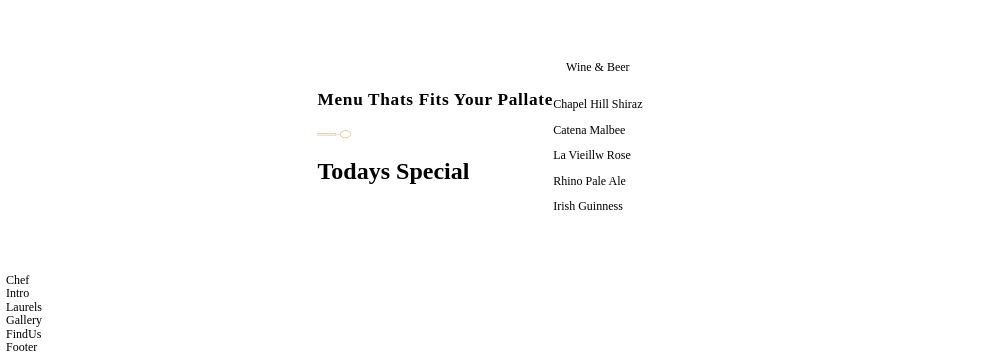
Repository: remydev47/restaurant
Page: /
An editor plug-in stored every save of this project. The page is shown before and after the next save, followed by the edit.
The browser window is 1280 px wide. The page is 1336 px wide, so the pictures cover 1336 px, including what lies to the right of the window. The pictures show the part of the page from y = 2388 to 3956 px (the page is 2868 px tall before and 3956 px after), at 75% of full size.
Backgrounds fixed to the window are drawn as part of the page. The project was rebuilt for these pictures with package versions that can differ from the ones it lists, and the page was loaded fresh each time. Also part of the build but not shown: src/container/Chef/Chef.css, src/components/Footer/Newsletter.jsx, src/components/Footer/FooterOverlay.jsx, src/components/Menuitem/MenuItem.css, src/components/Menuitem/MenuItem.jsx, src/container/Menu/SpecialMenu.css. Imported but missing from the stored project, and not drawn on this page: src/assets/meal.mp4.

Above is the page before, as saved 2022-03-15 15:08:26.

### public/index.html
<!DOCTYPE html>
<html lang="en">
  <head>
    <meta charset="utf-8" />
    <link rel="icon" href="%PUBLIC_URL%/favicon.ico" />
    <meta name="viewport" content="width=device-width, initial-scale=1" />
    <meta name="theme-color" content="#000000" />
    <meta name="description"content="Web site created using create-react-app"/>
    <link rel="apple-touch-icon" href="%PUBLIC_URL%/logo192.png" />
    <link rel="manifest" href="%PUBLIC_URL%/manifest.json" />
    <title>Gerich Resturant</title>
  </head>
  <body>
    <noscript>You need to enable JavaScript to run this app.</noscript>
    <div id="root"></div>
</html>

### src/App.js
import React from 'react';

import { AboutUs, Chef, FindUs, Footer, Gallery, Header, Intro, Laurels, SpecialMenu } from './container';
import { Navbar } from './components';
import './App.css';

const App = () => (
  <div>
    <Navbar />
    <Header />
    <AboutUs />
    <SpecialMenu />
    <Chef />
    <Intro />
    <Laurels />
    <Gallery />
    <FindUs />
    <Footer />
  </div>
);

export default App;

### src/container/AboutUs/AboutUs.jsx
import React from 'react';

import './AboutUs.css';
import { images } from '../../constants';

const AboutUs = () => (
  <div className="app__aboutus app__bg flex__center section__padding" id="aboutus">
    <div className='app__aboutus-overlay flex__center'>
      <img src={images.G} alt="g letter" />
    </div>
    <div className='app__aboutus-content flex__center'>
      <div className='app__aboutus-content_about'>
        <h1 className='headtext__cormorant'>About Us</h1>
        <img src={images.spoon} alt="about_spoon" className="spoon__img" />
        <p className="p__opensans">
          Eager to serve you, our experienced wait staff greet you at the door and lead you to the table of your choice in the well thought out seating arrangement. The rich aroma of freshly ground coffee is the handiwork of our skilled baristas, adept in latte art.
        </p>
        <button type="button" className="custom__button">Know More</button>
      </div>
      <div className="app__aboutus-content_knife flex__center">
        <img src={images.knife} alt="about_knife" />
      </div>
      <div className='app__aboutus-content_history'>
        <h1 className='headtext__cormorant'>Our History</h1>
        <img src={images.spoon} alt="about_spoon" className="spoon__img" />
        <p className="p__opensans">
        Welcome to Giretch, a fully fledged restaurant specializing in delivering a relaxed and memorable dining experience. We’re currently in 12 locations; 4 in Nairobi, 8 in Kampala and 1 in Entebbe
        </p>
        <button type="button" className="custom__button">Know More</button>
      </div>
    </div>
  </div>
);

export default AboutUs;

### src/container/Header/Header.jsx
import React from 'react';
import { SubHeading } from '../../components';

import { images } from "../../constants"
import './Header.css';

const Header = () => (
  <div className="app__header app__wrapper section__padding" id="home">
    <div className="app__wrapper_info">
      <SubHeading title="Chase The New Flavour" />
      <h1 className="app__header-h1">The Key To Fine Dining</h1>
      <p className="p__opensans" style={{margin: '2rem 0'}}>
          Geritch is a perfect haven for both business and leisure travellers. It all begins with our friendly staff, who will do everything they can to make your meal fulfiling and enjoyable. The team at Geritch kitchen looks forward to welcoming you in one of our luxury restaurant where you will experience comfort and convenience in this beautiful city of Nairobi.
      </p>
      <button type="button" className="custom__button">Explore Menu</button>
    </div>
    <div className="app__wrapper_img">
      <img src={images.welcome} alt="header img" />
    </div>
  </div>
);

export default Header;

### src/container/Menu/SpecialMenu.jsx
import React from 'react';

import { SubHeading, MenuItem } from '../../components';
import { images, data } from '../../constants';
import './SpecialMenu.css';

const SpecialMenu = () => (
  <div className="app__specialMenu flex__center section__padding">
    <div className='app__specialMenu-title'>
      <SubHeading title="Menu Thats Fits Your Pallate" />
      <h1 className='heatext__comorant'>Todays Special</h1>
    </div>

    <div className='app__specialMenu-menu'>
      <div className='app__specialMenu-menu_wine flex__center'>
        <p className='app__specialMenu_menu_heading'>Wine & Beer</p>
      </div>
      <div className='app__specialMenu_menu_item'>
        {data.wines.map((wine, index) => (
          <p>{wine.title}</p>
        ))}
      </div>
    </div>
  </div>
);

export default SpecialMenu;

### src/components/SubHeading/SubHeading.jsx
import React from 'react';
import { images } from '../../constants';


const SubHeading = ({ title }) => (
  <div style={{ marginBottom: "1rem"}}>
    <p className='p__cormorant'>{title}</p>
    <img src={images.spoon} alt="spoon" className="spoon__img" />
  </div>
);

export default SubHeading;

### src/components/Navbar/Navbar.jsx
import React, {useState} from 'react';
import { GiHamburgerMenu } from 'react-icons/gi';
import { MdOutlineRestaurantMenu } from 'react-icons/md';

import images from '../../constants/images';
import './Navbar.css';

const Navbar = () => {
  const [toggleMenu, setToggleMenu] = useState(false)
  return(
  <nav className="app__navbar">
    <div className="app__navbar-logo">
     <img src={images.gericht} alt="app logo"/>
    </div>
    <ul className="app__navbar-links">
      <li className="p__opensans"><a href="#home">Home</a></li>
      <li className="p__opensans"><a href="#about">About</a></li>
      <li className="p__opensans"><a href="#menu">Menu</a></li>
      <li className="p__opensans"><a href="#awards">Awards</a></li>
      <li className="p__opensans"><a href="#contact">Contact</a></li>
    </ul>
    <div className="app__navbar-login">
      <a href="#login" className="p__opensans">Log in/ Register</a>
    <div/>
      <a href="/" className="p__opensans">Book Table</a>
    </div>
    <div className="app__navbar-smallscreen">
      <GiHamburgerMenu color="#fff" fontsize={27} onClick={() => setToggleMenu(true)} />

      {toggleMenu && (


      <div className="app__navbar-smallscreen_overlay flex__center slide-bottom">
        <MdOutlineRestaurantMenu fontSize={27} className="overlay__close" onClick={() => setToggleMenu(false)} />
        <ul className="app__navbar-smallscreen_links">
          <li className="p__opensans"><a href="#home">Home</a></li>
          <li className="p__opensans"><a href="#about">About</a></li>
          <li className="p__opensans"><a href="#menu">Menu</a></li>
          <li className="p__opensans"><a href="#awards">Awards</a></li>
          <li className="p__opensans"><a href="#contact">Contact</a></li>
       </ul>
      </div>
       )}
    </div>
  </nav>
  );
};

export default Navbar;

### src/container/AboutUs/AboutUs.css
.app__aboutus {
    position: relative;
}

.app__aboutus-overlay {
    position: absolute;
    inset: 0;
}

.app__aboutus-overlay img {
    width: 391px;
    height: 415px;
    z-index: 0;
}

.app__aboutus-content {
    width: 100%;
    z-index: 2;
}

.app__aboutus-content_about {
    flex: 1;
    display: flex;
    justify-content: flex-end;
    align-items: flex-end;
    flex-direction: column;

    text-align: right;
}

.app__aboutus-content_knife {
    margin: 2rem 4rem;
}

.app__aboutus-content_knife img{
    height: 910px;
}

.app__aboutus-content_history {
    flex: 1;
    display: flex;
    justify-content: flex-start;
    align-items: flex-start;
    flex-direction: column;

    text-align: left;
}

.app__aboutus-content_history p,
.app__aboutus-content_about p {
    margin: 2rem 0;
    color: var(--color-grey);
}

@media screen and (max-width: 2000px) {
    .app__aboutus-content_knife img{
        height: 1110px;
    }
}

.app__aboutus-content_history p,
.app__aboutus-content_about p {
    margin: 4rem 0;
    color: var(--color-grey);
}

@media screen and (max-width: 900px) {
    .app__aboutus-content {
        flex-direction: column;
    }

    .app__aboutus-content_knife {
        margin: 4rem 0;
    }
}

@media screen and (max-width: 650px) {
    .app__aboutus-overlay img {
        width: 80%;
        height: 320px;
    }
}

### src/container/Header/Header.css
.app__header {
    background-color: var(--color-black);
}

.app__header-h1 {
    font-family: var(--font-base);
    color: var(--color-golden);
    letter-spacing: 0.04rem;
    text-transform: uppercase;
    line-height: 117px;
    font-size: 90px;
}

.app__header-img {
    width: 100%;
}

### src/constants/images.js
import bg from '../assets/bg.png';
import chef from '../assets/chef.png';
import G from '../assets/G.png';
import gallery01 from '../assets/gallery01.png';
import gallery02 from '../assets/gallery02.png';
import gallery03 from '../assets/gallery03.png';
import gallery04 from '../assets/gallery04.png';
import knife from '../assets/knife.png';
import logo from '../assets/logo.png';
import menu from '../assets/menu.png';
import overlaybg from '../assets/overlaybg.png';
import spoon from '../assets/spoon.svg';
import welcome from '../assets/welcome.png';
import findus from '../assets/findus.png';
import laurels from '../assets/laurels.png';
import award01 from '../assets/award01.png';
import award02 from '../assets/award02.png';
import award03 from '../assets/award03.png';
import award05 from '../assets/award05.png';
import sign from '../assets/sign.png';
import quote from '../assets/quote.png';
import gericht from '../assets/gericht.png';

export default {
  bg,
  chef,
  G,
  gallery01,
  gallery02,
  gallery03,
  gallery04,
  knife,
  logo,
  menu,
  overlaybg,
  spoon,
  welcome,
  findus,
  laurels,
  award01,
  award02,
  award03,
  award05,
  sign,
  quote,
  gericht,
};

### src/components/Navbar/Navbar.css
.app__navbar {
   width: 100%;
   display: flex;
   justify-content: space-between;
   align-items: center;
   background: var(--color-black);
   padding: 1rem 2rem;
}

.app__navbar-logo{
    display: flex;
    justify-content: flex-start;
    align-items: center;
}

.app__navbar-logo img{
    width: 150px;
}

.app__navbar-links {
    flex: 1;
    display: flex;
    justify-content: center;
    align-items: center;

    list-style: none;
}

.app__navbar-links li{
    margin: 0 1rem;
    cursor: pointer;
}

.app__navbar-links li:hover {
   color: var(--color-grey);
}

.app__navbar-login {
    display: flex;
    justify-content: flex-end;
    align-items: center;
}
.app__navbar-login a {
    margin: o 1rem;
    text-decoration: none;
    transition: 0.5s  ease;
}

.app__navbar-login a:hover{
    border-bottom: 1px solid var(--color-golden);
}

.app__navbar-login div{
    width: 1px;
    height: 30px;
    background-color: var(--color-grey);
}

.app__navbar-smallscreen{
    display: none;
}

.app__navbar-smallscreen_overlay {
    position: fixed;
    top: 0;
    left: 0;
    width: 100%;
    height: 100vh;
    background-color: var(--color-black);
    transition: 0.5s ease;

    flex-direction: column;
    z-index: 5;
}

.app__navbar-smallscreen_overlay .overlay__close{
    font-size: 27px;
    color: var(--color-golden);
    cursor: pointer;

    position: absolute;
    top: 20px;
    right: 20px;
}

.app__navbar-smallscreen_links{
    list-style: none;
}

.app__navbar-smallscreen_links li {
   margin: 2rem;
   cursor: pointer;
   color: var(--color-golden);
   font-size: 2rem;
   text-align: center;
   font-family: var(--font-base);
}

.app__navbar-smallscreen_links li:hover {
    color: var(--color-white);
}

@media screen and (max-width: 2000px) {
    .app__navbar-logo img{
        width: 210px;
    }
}

@media screen and (max-width: 1150px) {
    .app__navbar-links {
        display: none;
    }

    .app__navbar-smallscreen {
        display: flex;
    }
}

@media screen and (max-width: 650px) {
    .app__navbar {
        padding: 1rem;
    }
    .app__navbar-login {
        display: none;
    }

    .app__navbar-logo img{
        width: 110px;
    }
}

### src/constants/data.js
import images from './images';

const wines = [
  {
    title: 'Chapel Hill Shiraz',
    price: '$56',
    tags: 'AU | Bottle',
  },
  {
    title: 'Catena Malbee',
    price: '$59',
    tags: 'AU | Bottle',
  },
  {
    title: 'La Vieillw Rose',
    price: '$44',
    tags: 'FR | 750 ml',
  },
  {
    title: 'Rhino Pale Ale',
    price: '$31',
    tags: 'CA | 750 ml',
  },
  {
    title: 'Irish Guinness',
    price: '$26',
    tags: 'IE | 750 ml',
  },
];

const cocktails = [
  {
    title: 'Aperol Sprtiz',
    price: '$20',
    tags: 'Aperol | Villa Marchesi prosecco | soda | 30 ml',
  },
  {
    title: "Dark 'N' Stormy",
    price: '$16',
    tags: 'Dark rum | Ginger beer | Slice of lime',
  },
  {
    title: 'Daiquiri',
    price: '$10',
    tags: 'Rum | Citrus juice | Sugar',
  },
  {
    title: 'Old Fashioned',
    price: '$31',
    tags: 'Bourbon | Brown sugar | Angostura Bitters',
  },
  {
    title: 'Negroni',
    price: '$26',
    tags: 'Gin | Sweet Vermouth | Campari | Orange garnish',
  },
];

const awards = [
  {
    imgUrl: images.award02,
    title: 'Bib Gourmond',
    subtitle: 'Lorem ipsum dolor sit amet, consectetur.',
  },
  {
    imgUrl: images.award01,
    title: 'Rising Star',
    subtitle: 'Lorem ipsum dolor sit amet, consectetur.',
  },
  {
    imgUrl: images.award05,
    title: 'AA Hospitality',
    subtitle: 'Lorem ipsum dolor sit amet, consectetur.',
  },
  {
    imgUrl: images.award03,
    title: 'Outstanding Chef',
    subtitle: 'Lorem ipsum dolor sit amet, consectetur.',
  },
];

export default { wines, cocktails, awards };

Loaded but not shown: src/index.js (common file); src/container/index.js (common file); src/components/index.js (common file); src/App.css (common file); src/container/Chef/Chef.jsx (common file); src/container/Findus/FindUs.jsx (common file); src/container/Footer/Footer.jsx (common file); src/container/Gallery/Gallery.jsx (common file); src/container/Intro/Intro.jsx (common file); src/container/Laurels/Laurels.jsx (common file); src/constants/index.js (common file); src/components/Footer/FooterOverlay.css (no stored copy; drawn as an empty file); src/components/Footer/Newsletter.css (no stored copy; drawn as an empty file); src/container/Footer/Footer.css (no stored copy; drawn as an empty file); src/container/Gallery/Gallery.css (no stored copy; drawn as an empty file); src/container/Intro/Intro.css (no stored copy; drawn as an empty file); src/container/Laurels/Laurels.css (no stored copy; drawn as an empty file)

After the next save:
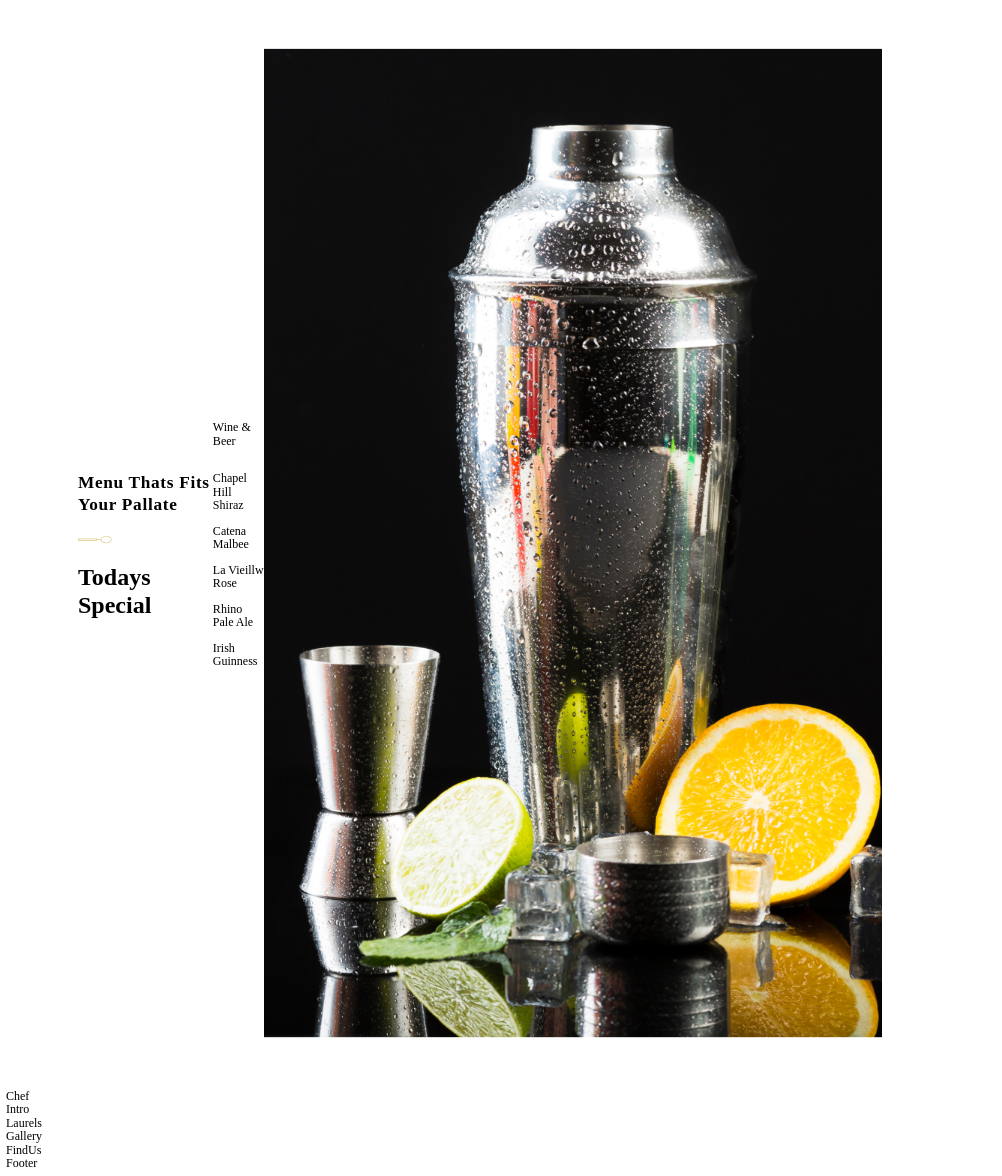
Saved 2 min 43 s later.
--- a/src/container/Menu/SpecialMenu.jsx
+++ b/src/container/Menu/SpecialMenu.jsx
@@ -21,6 +21,9 @@
         ))}
       </div>
     </div>
+    <div className='app__specialMenu_menu_img'>
+      <img src={images.menu} alt="menu image"/>
+    </div>
   </div>
 );
 

After the save that followed:
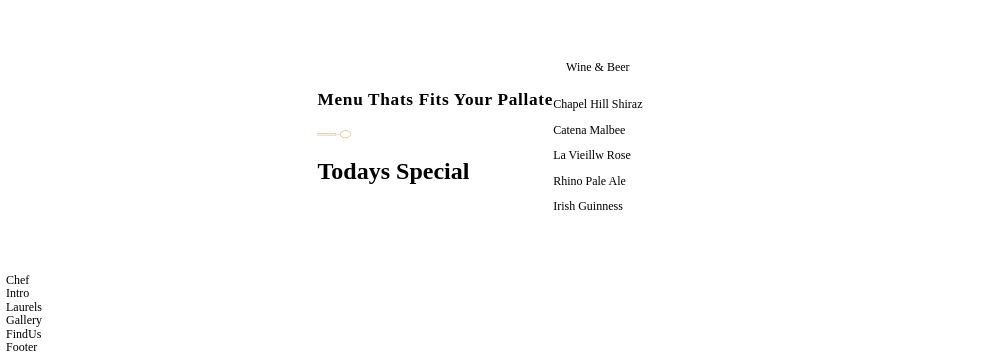
Saved 8 min 5 s later.
--- a/src/container/Menu/SpecialMenu.jsx
+++ b/src/container/Menu/SpecialMenu.jsx
@@ -21,9 +21,6 @@
         ))}
       </div>
     </div>
-    <div className='app__specialMenu_menu_img'>
-      <img src={images.menu} alt="menu image"/>
-    </div>
   </div>
 );
 
